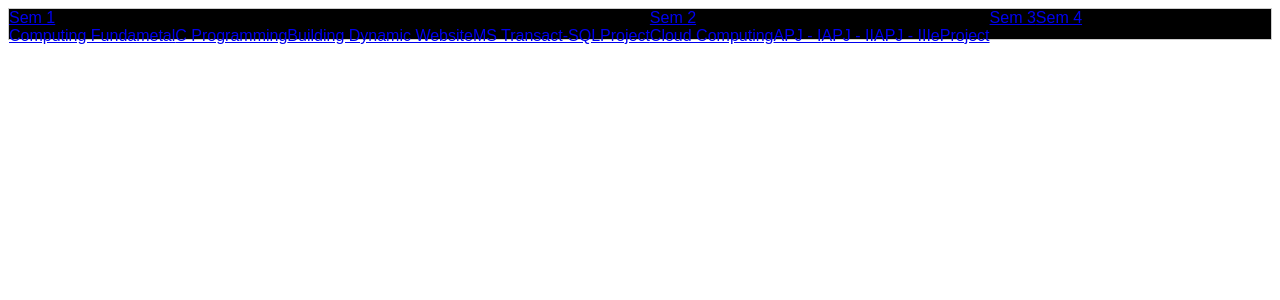
Repository: congle98/CSS_MenuNgangCoBan
Page: index.html
The author's editor kept a copy of each file at every save. The page is drawn from the files as they stood at one save, then again after the next save.
The browser window is 1280 px wide. The pictures show the whole page.

Above is the page before, as saved 2021-05-26 14:52:39.

After the next save:
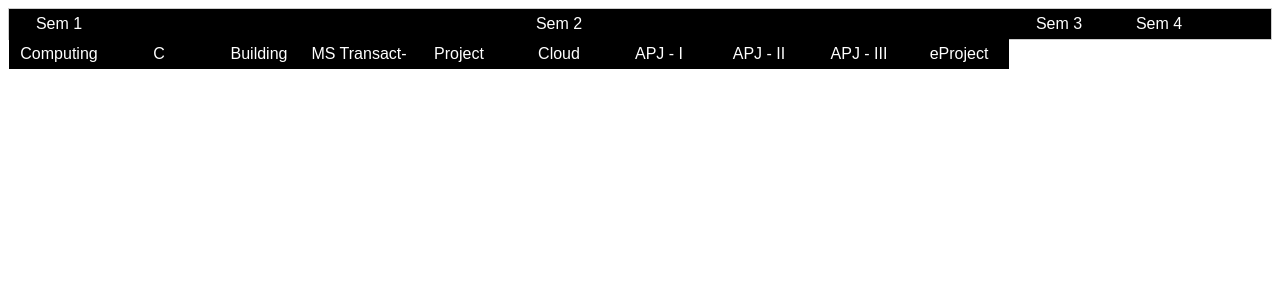
Saved 19 s later.
--- a/style.css
+++ b/style.css
@@ -21,3 +21,13 @@ body{
     margin: 0;
     padding:0;
 }
+#menu li a {
+    width: 100px;
+    height: 30px;
+    display: block;
+    text-decoration: none;
+    text-align: center;
+    line-height: 30px;
+    background-color: black;
+    color: white;
+}
